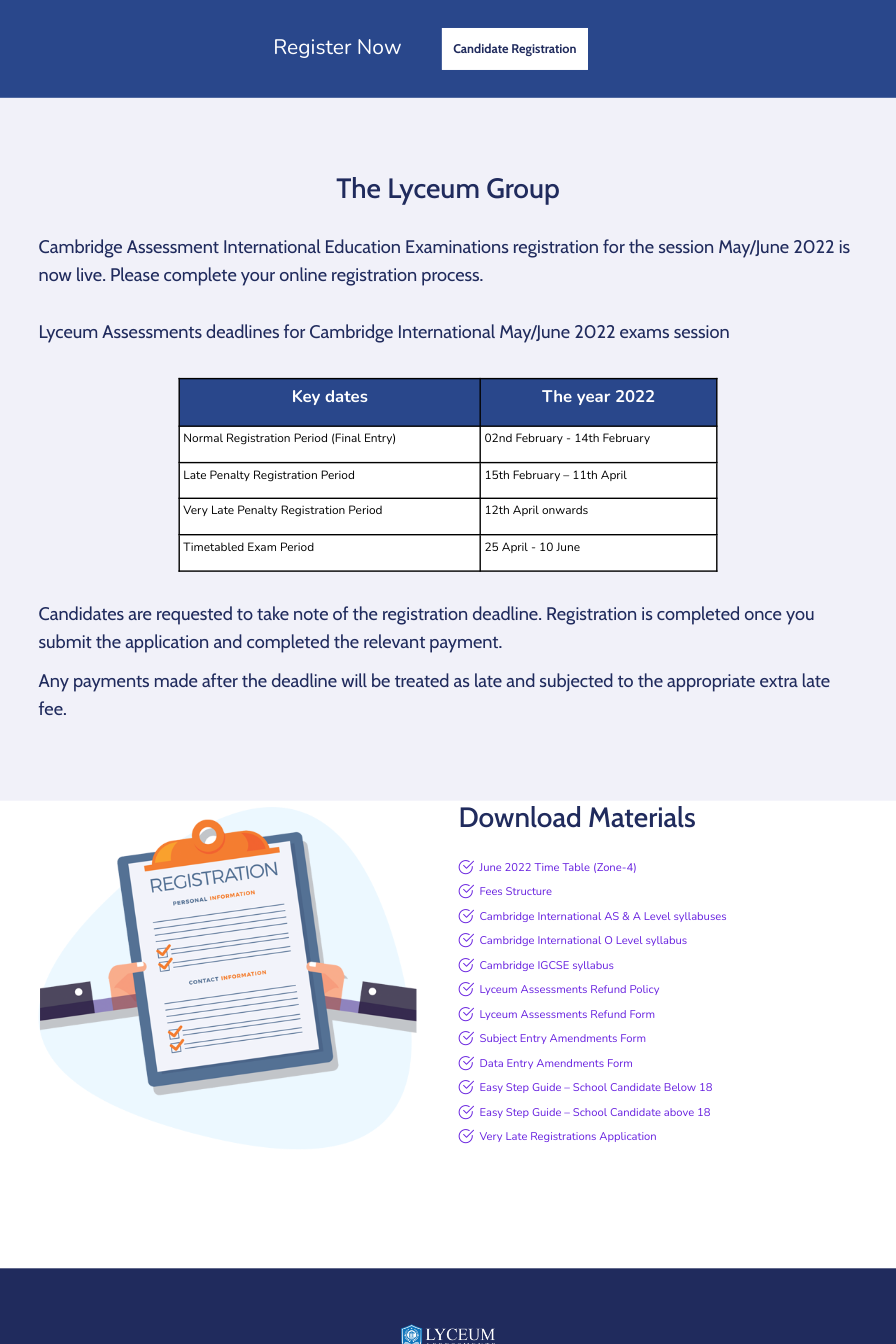
Repository: AXUSLK/LyceumAssessments-HTML
Page: index.html
These files come from the project's save history. The page is drawn as it stood at one moment and after the next save; the edit follows.
The browser window is 1280 px wide. The pictures show the part of the page from y = 3507 to 5427 px (the page is 5787 px tall before and 5775 px after), at 70% of full size.
Some web libraries are served in a nearby version.

Above is the page before, as saved 2022-02-01 10:01:39.

After the next save:
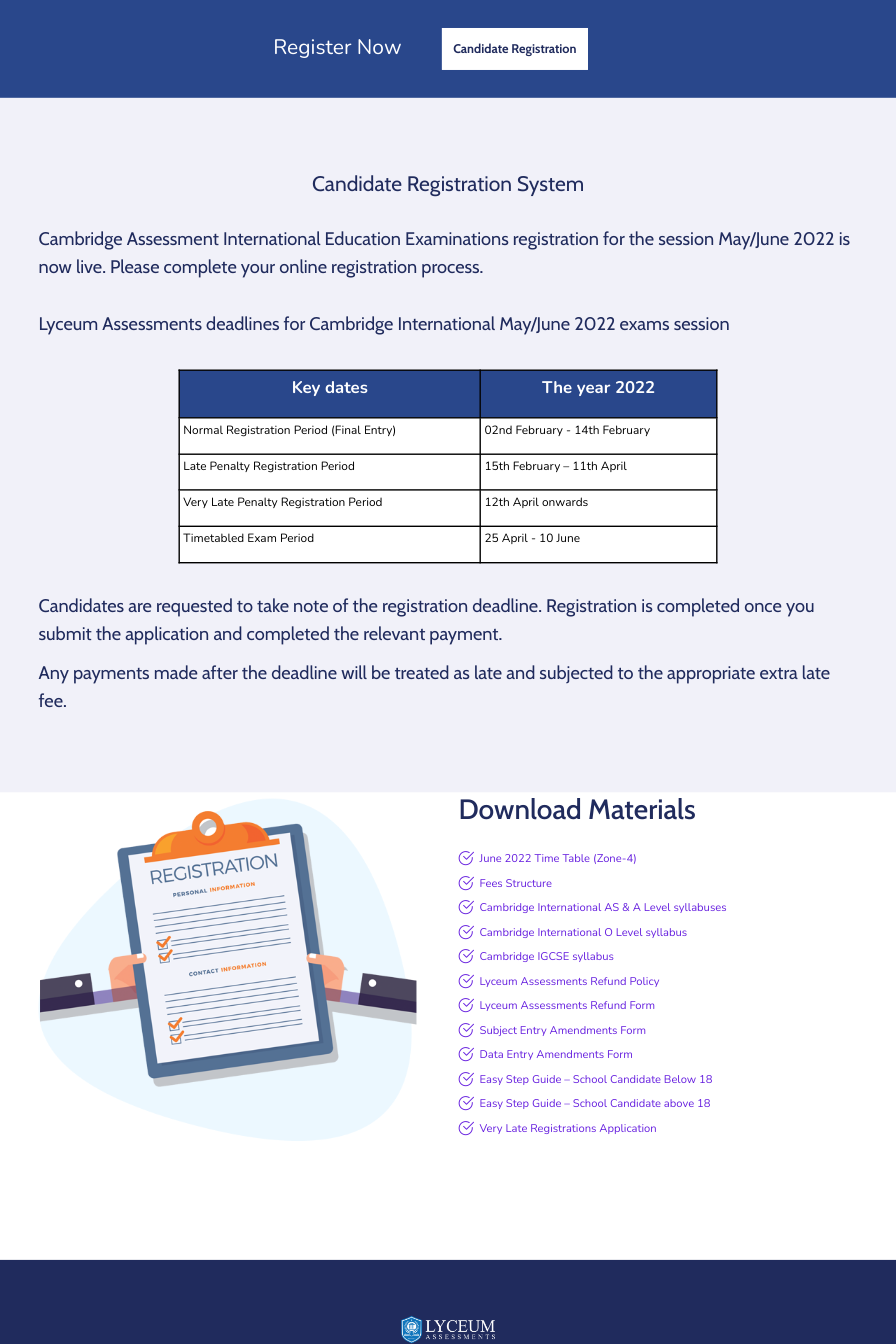
Saved 7 s later.
--- a/index.html
+++ b/index.html
@@ -410,7 +410,8 @@
 					class="testimonialsBlock bg-light pt-7 pb-5 pt-md-9 pb-md-7 pt-lg-14 pb-lg-12 pt-xl-21 pb-xl-19">
 					<div class="container">
 						<header class="text-center mb-8">
-							<h3 class="mb-5">The Lyceum Group</h3>
+							<h2 class="h4 font-weight-normal">Candidate
+								Registration System</h2>
 						</header>
 						<div class="row">
 							<div class="col-12">
